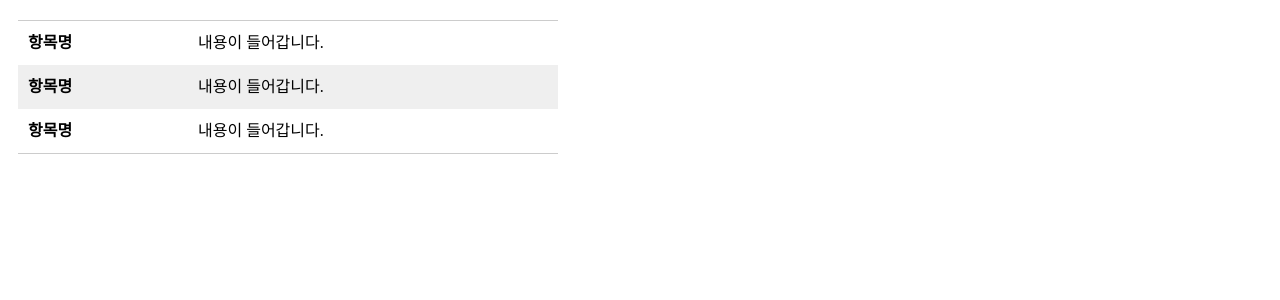
Repository: LeeHyukJe/LHJ
Page: http://localhost/mybbs/mybbs/member_list.jsp
These files come from the project's save history. The page is drawn as it stood at one moment and after the next save; the edit follows.
The browser window is 1280 px wide. The pictures show the whole page.
The page is served by Tomcat 9. Other server files are loaded and not shown.

Above is the page before, as saved 2017-09-25 00:29:45.

### mybbs/WebContent/mybbs/member_list.jsp
<%@ page language="java" contentType="text/html; charset=UTF-8"
    pageEncoding="UTF-8"%>
<!DOCTYPE html PUBLIC "-//W3C//DTD HTML 4.01 Transitional//EN" "http://www.w3.org/TR/html4/loose.dtd">
<html>
<head>
<link rel="stylesheet" href="list.css">
<meta http-equiv="Content-Type" content="text/html; charset=UTF-8">
<title>Insert title here</title>
</head>
<body>
	<table class="type06">
    <tr>
        <th scope="row">항목명</th>
        <td>내용이 들어갑니다.</td>
    </tr>
    <tr>
        <th scope="row" class="even">항목명</th>
        <td class="even">내용이 들어갑니다.</td>
    </tr>
    <tr>
        <th scope="row">항목명</th>
        <td>내용이 들어갑니다.</td>
    </tr>
</table>

</body>
</html>

### mybbs/WebContent/mybbs/list.css
@charset "UTF-8";
table.type06 {
    border-collapse: collapse;
    text-align: left;
    line-height: 1.5;
    border-top: 1px solid #ccc;
    border-bottom: 1px solid #ccc;
    margin: 20px 10px;
}
table.type06 th {
    width: 150px;
    padding: 10px;
    font-weight: bold;
    vertical-align: top;
}
table.type06 td {
    width: 350px;
    padding: 10px;
    vertical-align: top;
}
table.type06 .even {
    background: #efefef;
}

After the next save:
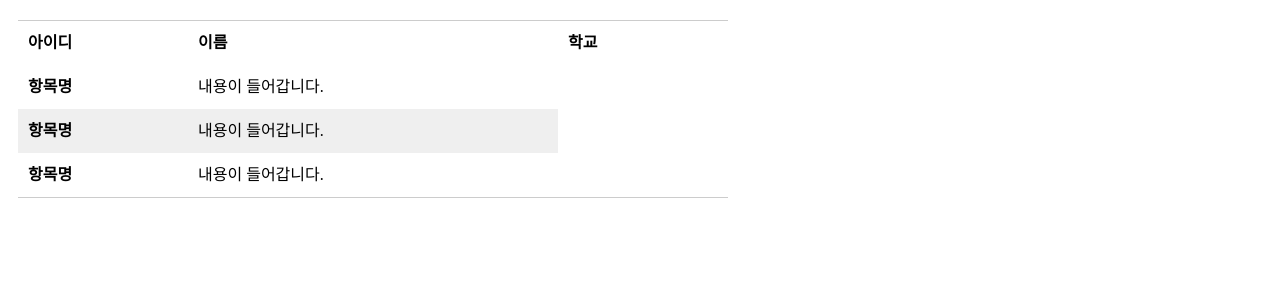
Saved 69 s later.
--- a/mybbs/WebContent/mybbs/member_list.jsp
+++ b/mybbs/WebContent/mybbs/member_list.jsp
@@ -9,6 +9,9 @@
 </head>
 <body>
 	<table class="type06">
+	<th>아이디</th>
+	<th>이름</th>
+	<th>학교</th>
     <tr>
         <th scope="row">항목명</th>
         <td>내용이 들어갑니다.</td>
